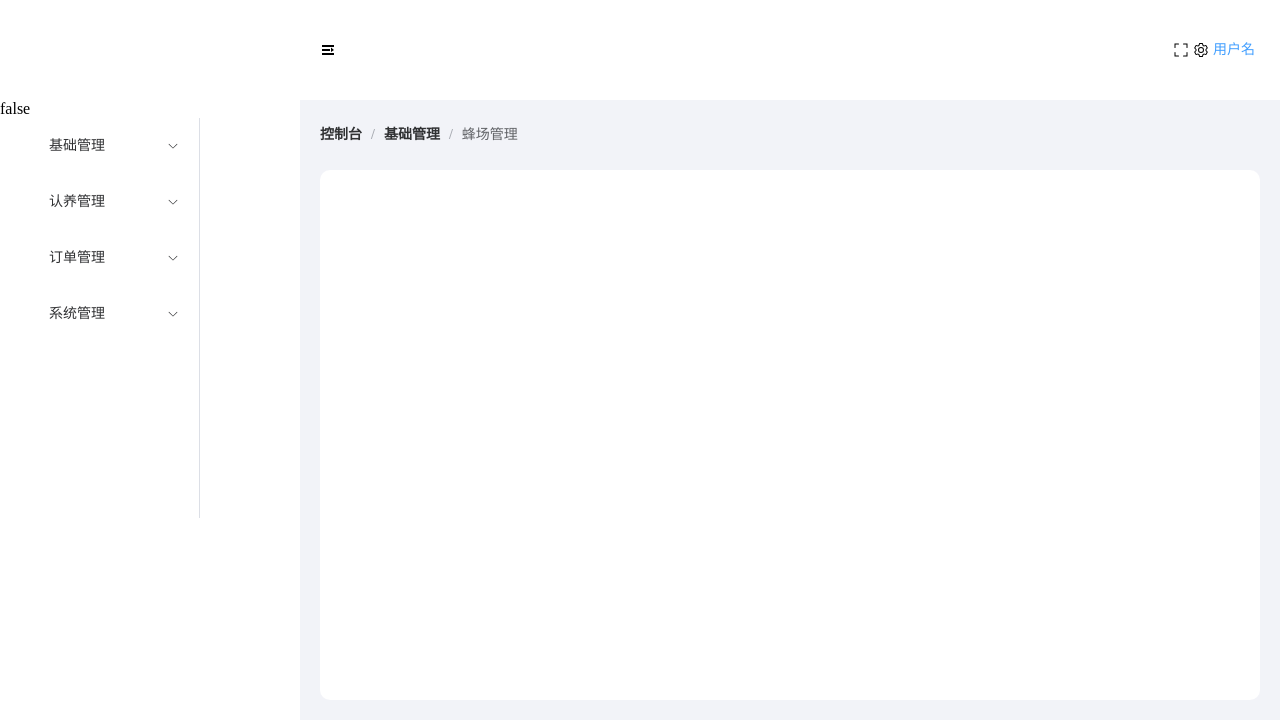
Repository: secret47/test-office-demo
Page: /dashboard/order
An editor plug-in stored every save of this project. The page is shown before and after the next save, followed by the edit.
The browser window is 1280 px wide. The pictures show the whole page.
The project was rebuilt for these pictures with package versions that can differ from the ones it lists, and the page was loaded fresh each time. Also part of the build but not shown: vite.config.js.

Above is the page before, as saved 2024-10-31 14:35:00.

After the next save:
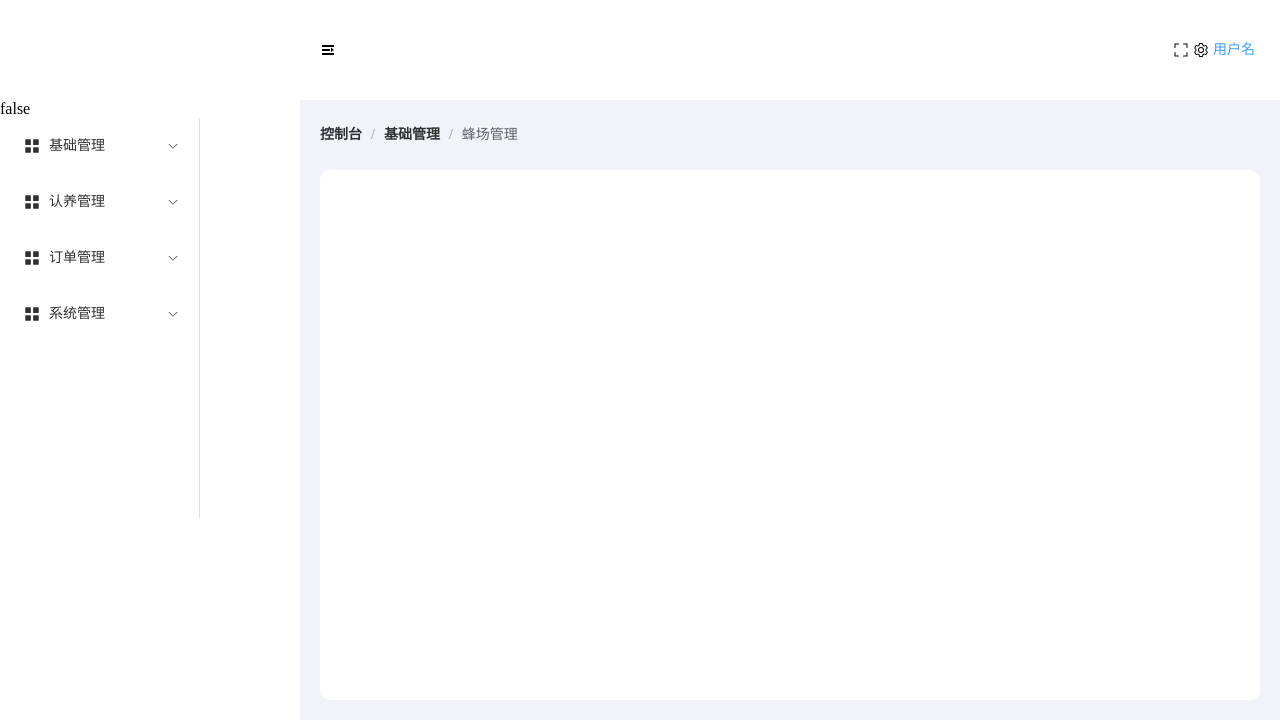
Saved 30 s later.
--- a/src/layouts/components/menu.vue
+++ b/src/layouts/components/menu.vue
@@ -24,7 +24,9 @@
 <script setup>
 import { ref } from 'vue';
 import { useAppStore } from '@/store/module/app';
-
+import {
+  Menu as IconMenu,
+} from '@element-plus/icons-vue'
 
 const appStore = useAppStore()
 
